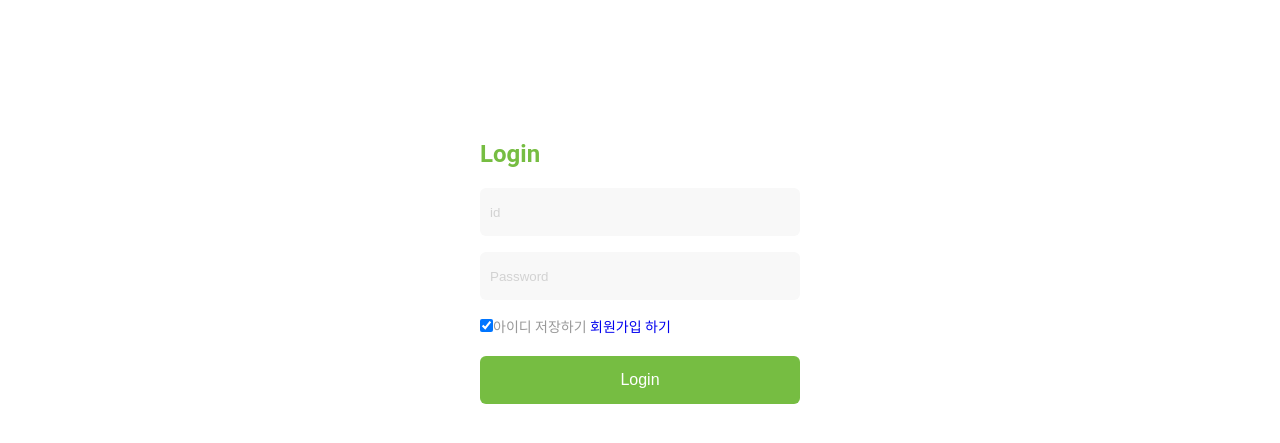
Repository: misosiruda/portfolio
Page: http://localhost/mallwithjsp/login/signaccountform.jsp
The author's editor kept a copy of each file at every save. The page is drawn from the files as they stood at one save, then again after the next save.
The browser window is 1280 px wide. The pictures show the whole page.
Some web libraries are served in a nearby version. The page is served by Tomcat 9.

Above is the page before, as saved 2024-03-25 06:27:03.

After the next save:
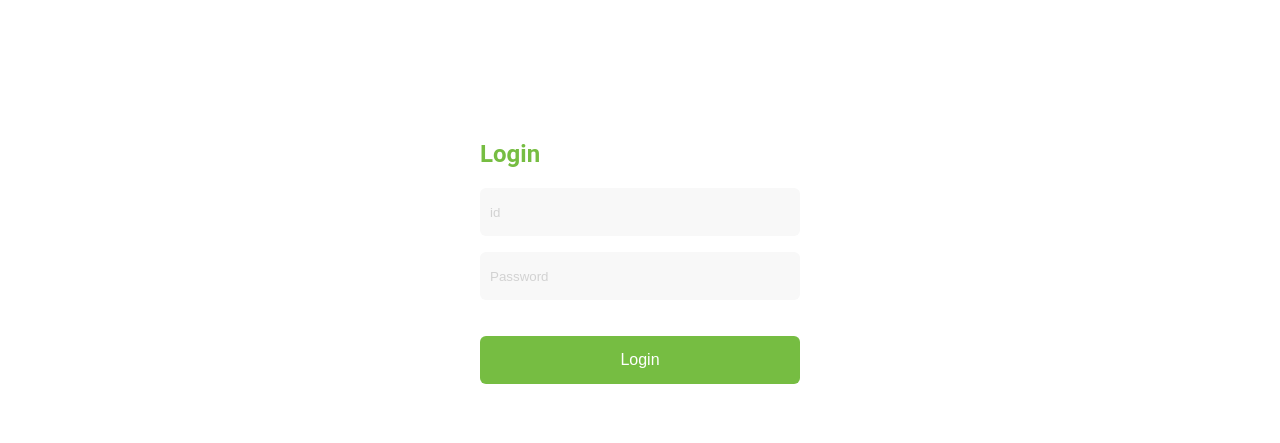
Saved 37 s later.
--- a/mallwithjsp/src/main/webapp/login/signaccountform.jsp
+++ b/mallwithjsp/src/main/webapp/login/signaccountform.jsp
@@ -94,70 +94,9 @@ a {
 			<input type="hidden" name="check" value="${check}">
 			<input type="text" name="userid" placeholder="id">
 			<input type="password" name="userpass" placeholder="Password">
-			<label for="remember-check">
-			<input type="checkbox" id="remember-check">아이디 저장하기
-			<a href="http://localhost:8080/mallwithjsp/manager.do?command=sign_account">회원가입 하기</a>
-			</label>
 			<input type="submit" value="Login" onclick="return loginNullCheck()">
 		</form>
 	</div>
-	<!-- 쿠키 이용한 아이디 저장 기능 스크립트 -->
-	<script>
-		$(document).ready(function() {
-			var key = getCookie("idChk"); //user1
-			if (key != "") {
-				$("#userid").val(key);
-			}
-
-			if ($("#userid").val() != "") {
-				$("#remember-check").attr("checked", true);
-			}
-
-			$("#remember-check").change(function() {
-				if ($("#remember-check").is(":checked")) {
-					setCookie("idChk", $("#userid").val(), 7);
-				} else {
-					deleteCookie("idChk");
-				}
-			});
-
-			$("#userid").keyup(function() {
-				if ($("#remember-check").is(":checked")) {
-					setCookie("idChk", $("#userid").val(), 7);
-				}
-			});
-		});
-		function setCookie(cookieName, value, exdays) {
-			var exdate = new Date();
-			exdate.setDate(exdate.getDate() + exdays);
-			var cookieValue = escape(value)
-					+ ((exdays == null) ? "" : "; expires="
-							+ exdate.toGMTString());
-			document.cookie = cookieName + "=" + cookieValue;
-		}
-
-		function deleteCookie(cookieName) {
-			var expireDate = new Date();
-			expireDate.setDate(expireDate.getDate() - 1);
-			document.cookie = cookieName + "= " + "; expires="
-					+ expireDate.toGMTString();
-		}
-
-		function getCookie(cookieName) {
-			cookieName = cookieName + '=';
-			var cookieData = document.cookie;
-			var start = cookieData.indexOf(cookieName);
-			var cookieValue = '';
-			if (start != -1) {
-				start += cookieName.length;
-				var end = cookieData.indexOf(';', start);
-				if (end == -1)
-					end = cookieData.length;
-				cookieValue = cookieData.substring(start, end);
-			}
-			return unescape(cookieValue);
-		}
-	</script>
 	<!-- 아이디 비번 체크 스크립트 -->
     <script src="../js/idpasscheck.js"></script>
 	<script>
